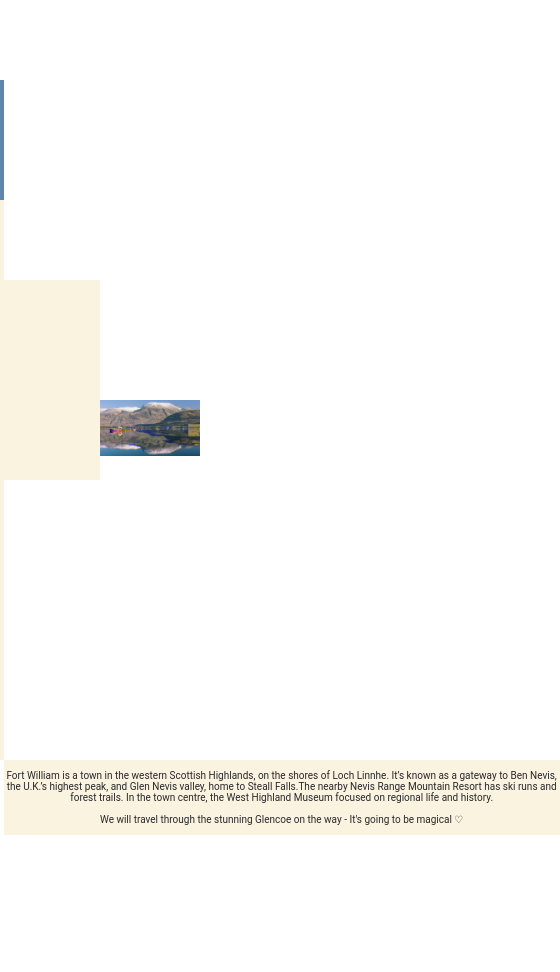
Repository: etak-yram/FINAL-CFG-WEB-DEV
Page: wednesday.html
These files come from the project's save history. The page is drawn as it stood at one moment and after the next save; the edit follows.
The browser window is 375 px wide. The page is 560 px wide, then 375 px, so the pictures cover 560 px, including what lies to the right of the window. The pictures show the whole page.

Above is the page before, as saved 2022-07-27 11:20:44.

After the next save:
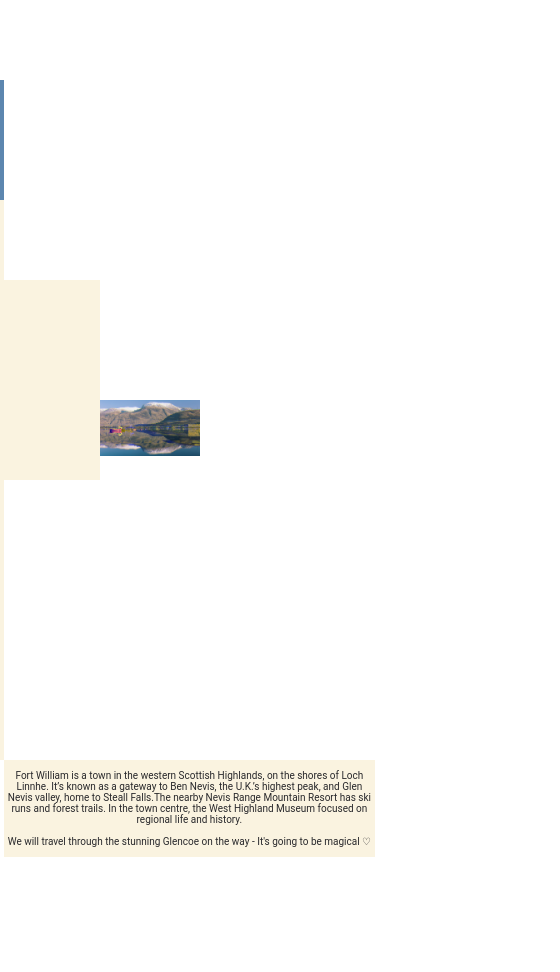
Saved 69 s later.
--- a/style-main.css
+++ b/style-main.css
@@ -203,13 +203,18 @@ footer {
 
 
   /* navbar */
+
+  header {
+    display: none;
+  }
+
   mobile-header {
     grid-area: mobile-header;
     background-color:#faf3e0;
   }
 
 
-  .navbar {
+  .mobile-header {
     display: flex;
     list-style: none;
     justify-content: center;
@@ -217,7 +222,7 @@ footer {
 
   }
 
-  .navbar a {
+  .mobile-header a {
     font-family: halftone;
     text-decoration: none;
     color: #28282B;
